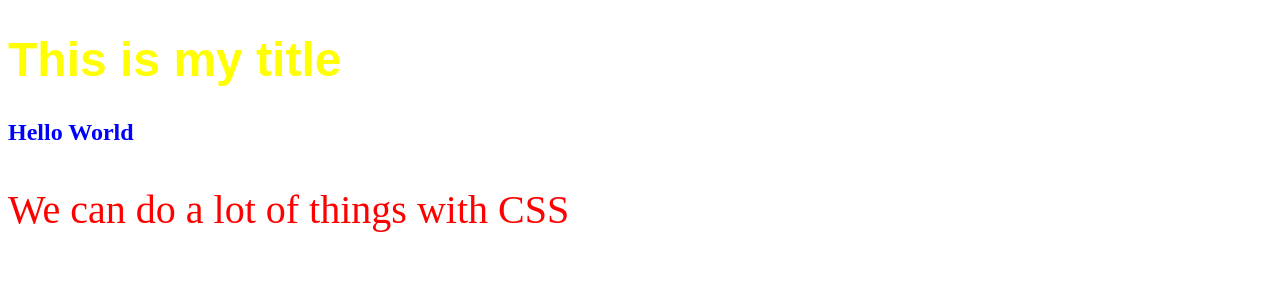
Repository: KarissaCummings1/nycod14-class-demo
Page: index.html
The author's editor kept a record of every edit. The page is drawn from the files as they stood at one moment, then again after the next edit.
The browser window is 1280 px wide. The pictures show the whole page.

Above is the page before.

### index.html
<!DOCTYPE html>
<html>
    <head>
        <title>Example Page</title>
        <style>
            #paragraph {
                font-size: 40px;
                font-family: Comic Snas;
                color: red;
            }
            .font-selector {
                font-family: Arial;
            }
            h2 {
                color: blue;
            }
            .hello-world-selector {
                color: green;
            }
        </style>
    </head>
    <body>
        <!--inline styling-->
        <h1 class="font-selector" style="color:yellow; font-size:48px">This is my title</h1>
        <h2 class="hello-world-slector">Hello World</h2>
        <p class="font-selector" id="paragraph">
            We can do a lot of things with CSS
        </p>
    </body>
</html>

After the next edit:
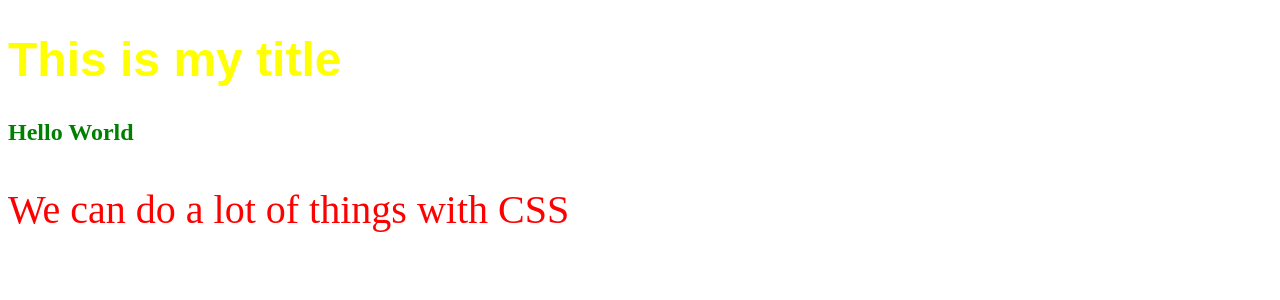
The edit:
--- a/index.html
+++ b/index.html
@@ -22,7 +22,7 @@
     <body>
         <!--inline styling-->
         <h1 class="font-selector" style="color:yellow; font-size:48px">This is my title</h1>
-        <h2 class="hello-world-slector">Hello World</h2>
+        <h2 class="hello-world-selector"> Hello World</h2>
         <p class="font-selector" id="paragraph">
             We can do a lot of things with CSS
         </p>
